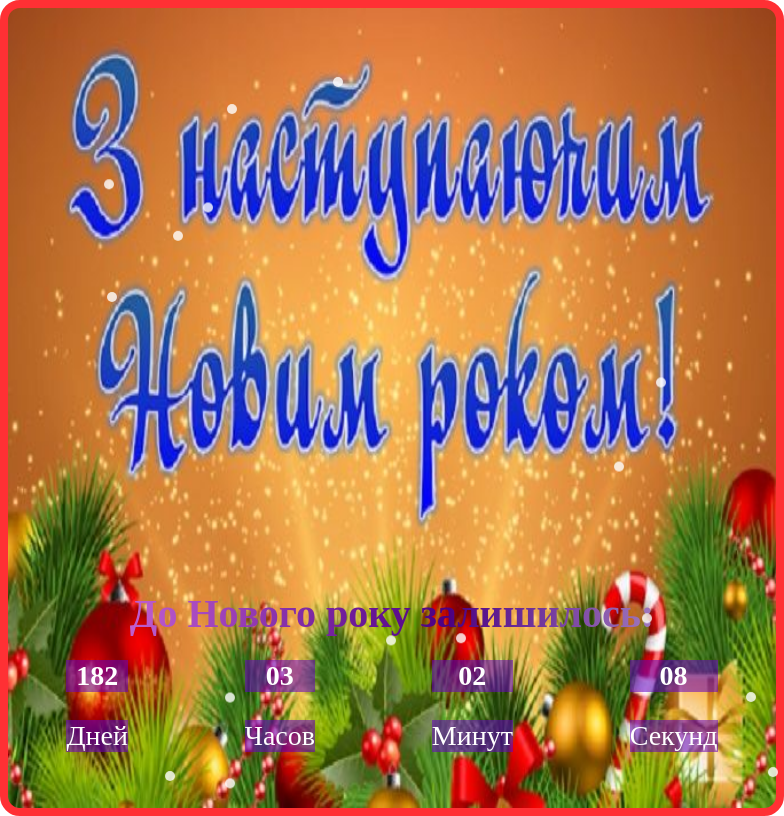
Repository: KonstantinKhamilov/JavaScript11-new-year
Page: index.html
These files come from the project's save history. The page is drawn as it stood at one moment and after the next save; the edit follows.
The browser window is 768 px wide. The page is 784 px wide, so the pictures cover 784 px, including what lies to the right of the window. The pictures show the whole page.

Above is the page before, as saved 2024-12-29 21:30:37.

After the next save:
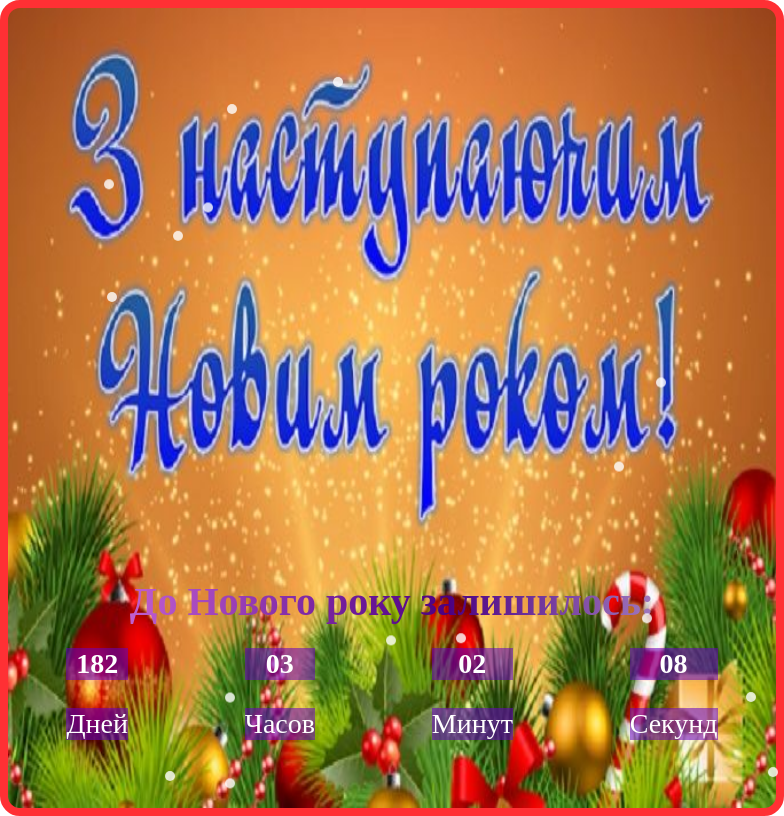
Saved 2 min 41 s later.
--- a/newYear.css
+++ b/newYear.css
@@ -126,7 +126,7 @@ body {
     font-size: 2.5em;
   }
   .maintext {
-    bottom: 3.5%;
+    bottom: 5%;
   }
 }
 
